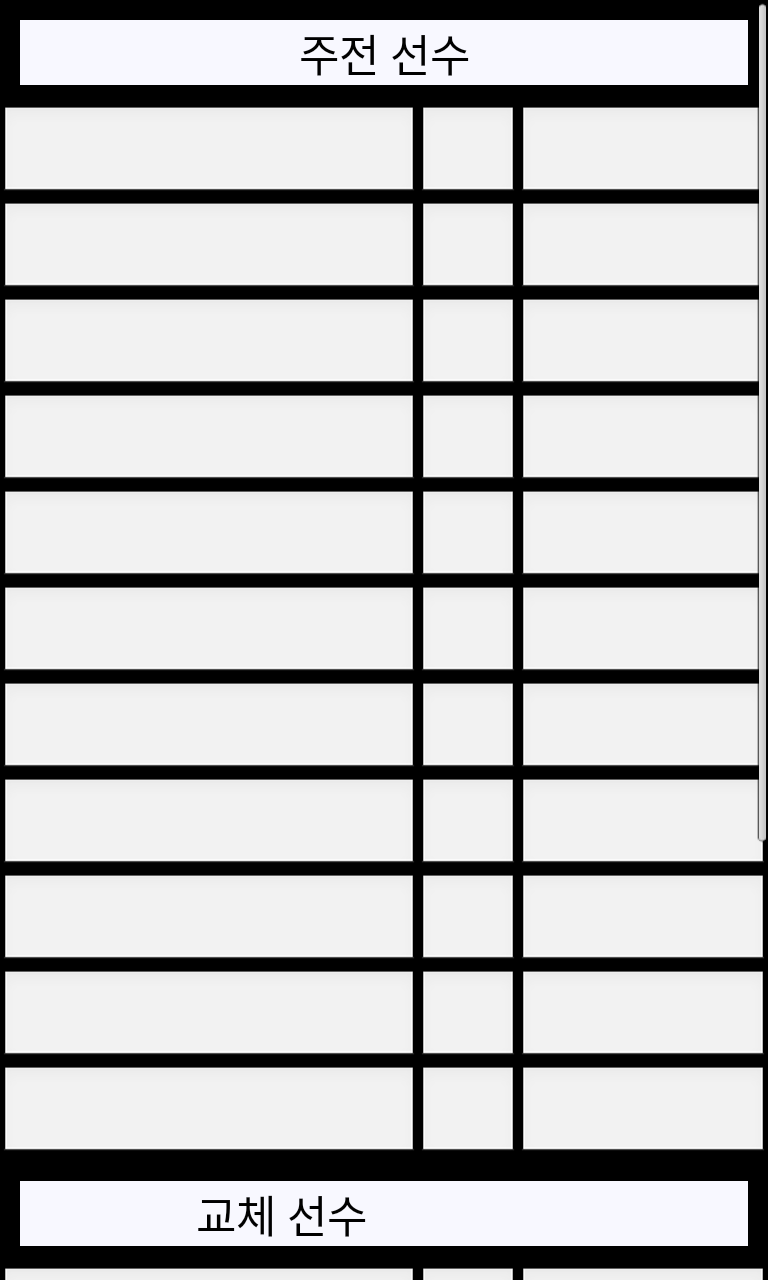
Repository: kwk0518/dongne
Layout: dongne_proto/test/res/layout/player.xml
An editor plug-in stored every save of this project. The layout is shown before and after the next save, followed by the edit.
It is drawn on a 768 x 1280 px phone screen (xhdpi) without system bars, with theme android:Theme; the app's code is not run.

Above is the layout before, as saved 2012-06-20 18:39:46.

After the next save:
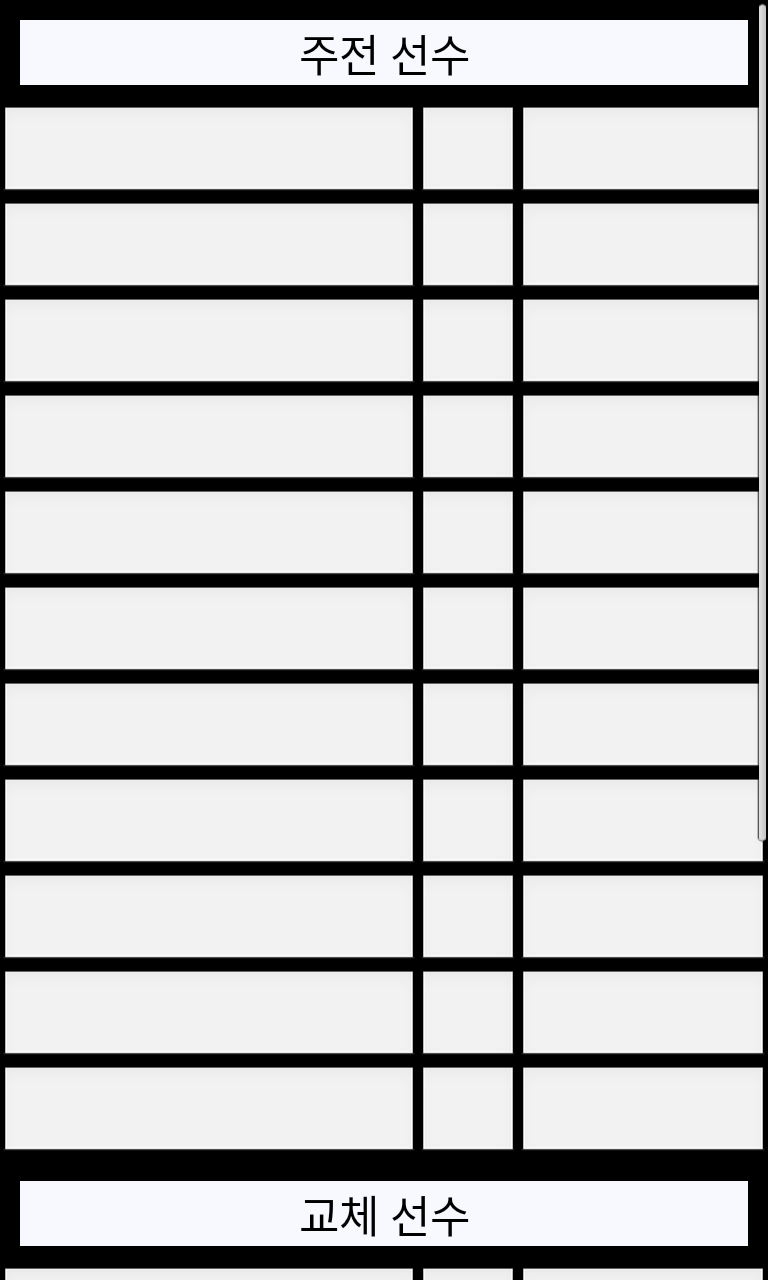
Saved 23 s later.
--- a/dongne_proto/test/res/layout/player.xml
+++ b/dongne_proto/test/res/layout/player.xml
@@ -316,9 +316,10 @@
 </TableRow>
 
     <TextView
+         android:gravity="center_horizontal"
         android:layout_width="fill_parent"
         android:layout_height="wrap_content"
-        android:text="                교체 선수"
+        android:text="교체 선수"
        	android:textSize="10pt"
         android:textColor="#000000"
         android:background="#F8F8FF"
